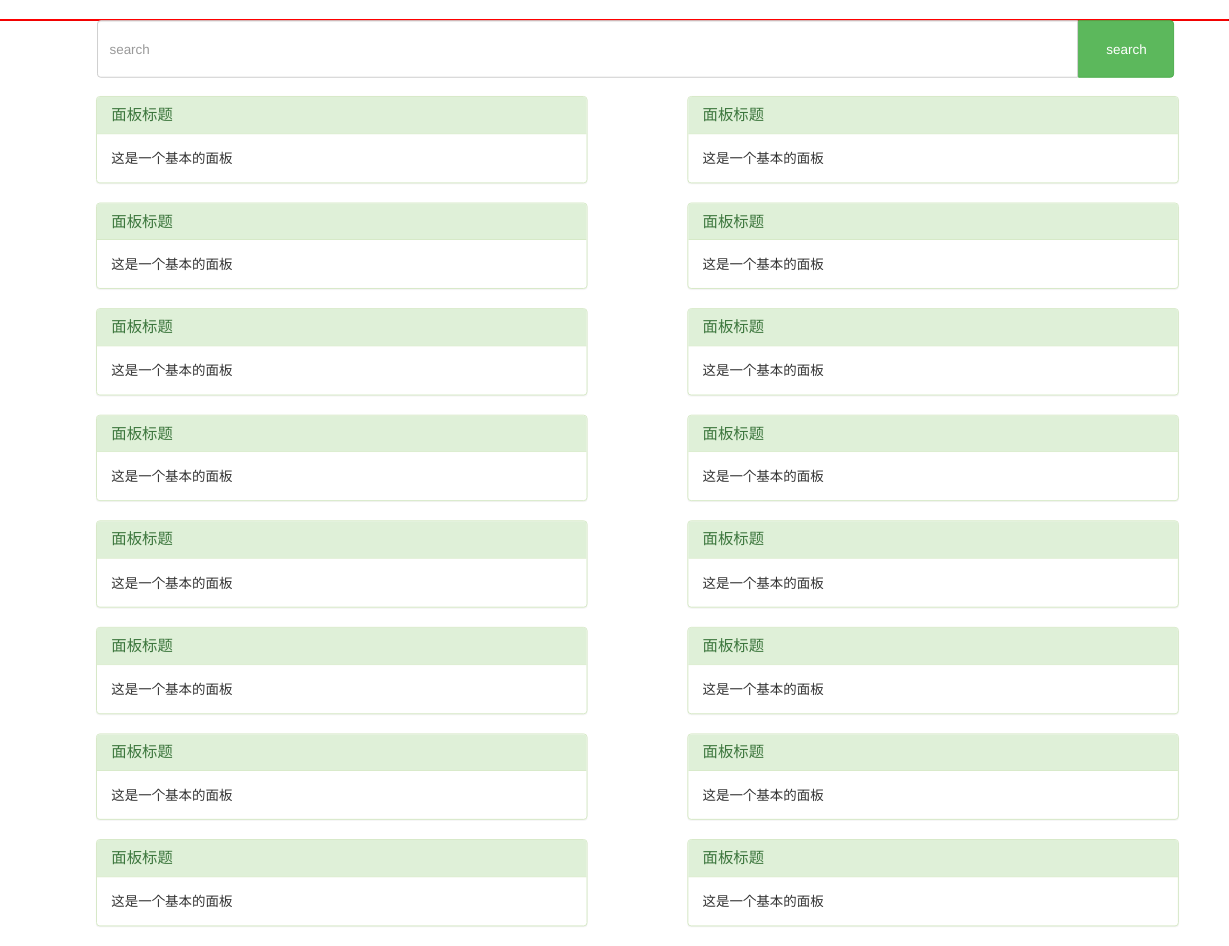
Repository: Tuzijing/Battlefield
Page: http://localhost/static/views/fram/fram.php
The author's editor kept a copy of each file at every save. The page is drawn from the files as they stood at one save, then again after the next save.
The browser window is 1280 px wide. The pictures show the whole page, at 96% of full size.
The page is run by PHP 8.4 with error messages shown; the project is at /var/www/html/.

Above is the page before, as saved 2018-07-13 17:53:29.

### BattlefieldWebP/static/views/fram/fram.php
<!DOCTYPE html>
<html>
	<head>
		<meta charset="UTF-8">
		<title>BATTLEFIELD</title>
 		<!--
        	作者：offline
        	时间：2018-07-10
        	描述：引入公共前端配置文件
        -->
		<?php
			include "../common/encoding.php";
			include "../common/main_header.php";
		?>

		<link rel="stylesheet" href="../../common/css/fram/fram.css"/>

		<script type="text/javascript" src="../../common/js/fram/fram.js"></script>
	</head>
	<body>
		<div id="fram_container">
			<!-- 搜索框 -->
			<div id="fram_search">
				<div id="mask">
					<div class="input-group">
						<input type="text" class="form-control" placeholder="search">
						<button type="button" class="btn btn-success">search</button>
					</div>
				</div>
			</div>
			<div id="fram_categorys">
				<div  class="panel panel-success">
					<div class="panel-heading">
						<h3 class="panel-title">面板标题</h3>
					</div>
					<div class="panel-body">
						这是一个基本的面板
					</div>
				</div>

				<div  class="panel panel-success">
					<div class="panel-heading">
						<h3 class="panel-title">面板标题</h3>
					</div>
					<div class="panel-body">
						这是一个基本的面板
					</div>
				</div>
					<div  class="panel panel-success">
					<div class="panel-heading">
						<h3 class="panel-title">面板标题</h3>
					</div>
					<div class="panel-body">
						这是一个基本的面板
					</div>
				</div>
					<div  class="panel panel-success">
					<div class="panel-heading">
						<h3 class="panel-title">面板标题</h3>
					</div>
					<div class="panel-body">
						这是一个基本的面板
					</div>
				</div>




					<div  class="panel panel-success">
					<div class="panel-heading">
						<h3 class="panel-title">面板标题</h3>
					</div>
					<div class="panel-body">
						这是一个基本的面板
					</div>
				</div>
					<div  class="panel panel-success">
					<div class="panel-heading">
						<h3 class="panel-title">面板标题</h3>
					</div>
					<div class="panel-body">
						这是一个基本的面板
					</div>
				</div>	<div  class="panel panel-success">
					<div class="panel-heading">
						<h3 class="panel-title">面板标题</h3>
					</div>
					<div class="panel-body">
						这是一个基本的面板
					</div>
				</div>
					<div  class="panel panel-success">
					<div class="panel-heading">
						<h3 class="panel-title">面板标题</h3>
					</div>
					<div class="panel-body">
						这是一个基本的面板
					</div>
				</div>	<div  class="panel panel-success">
					<div class="panel-heading">
						<h3 class="panel-title">面板标题</h3>
					</div>
					<div class="panel-body">
						这是一个基本的面板
					</div>
				</div>
					<div  class="panel panel-success">
					<div class="panel-heading">
						<h3 class="panel-title">面板标题</h3>
					</div>
					<div class="panel-body">
						这是一个基本的面板
					</div>
				</div>	<div  class="panel panel-success">
					<div class="panel-heading">
						<h3 class="panel-title">面板标题</h3>
					</div>
					<div class="panel-body">
						这是一个基本的面板
					</div>
				</div>
					<div  class="panel panel-success">
					<div class="panel-heading">
						<h3 class="panel-title">面板标题</h3>
					</div>
					<div class="panel-body">
						这是一个基本的面板
					</div>
				</div>	<div  class="panel panel-success">
					<div class="panel-heading">
						<h3 class="panel-title">面板标题</h3>
					</div>
					<div class="panel-body">
						这是一个基本的面板
					</div>
				</div>
					<div  class="panel panel-success">
					<div class="panel-heading">
						<h3 class="panel-title">面板标题</h3>
					</div>
					<div class="panel-body">
						这是一个基本的面板
					</div>
				</div>	<div  class="panel panel-success">
					<div class="panel-heading">
						<h3 class="panel-title">面板标题</h3>
					</div>
					<div class="panel-body">
						这是一个基本的面板
					</div>
				</div>
					<div  class="panel panel-success">
					<div class="panel-heading">
						<h3 class="panel-title">面板标题</h3>
					</div>
					<div class="panel-body">
						这是一个基本的面板
					</div>
				</div>






			</div>
		</div>
	</body>
</html>

### BattlefieldWebP/static/views/common/encoding.php
<?php
	header("Content-type:text/html;charset=utf-8");
?>

### BattlefieldWebP/static/views/common/main_header.php
<html>
	<script type="text/javascript" src="../../common/js/jquery-3.1.1.min.js" ></script>
	<script type="text/javascript" src="../../common/js/bootstrap.js" ></script>
	<link rel="stylesheet" href="../../common/css/bootstrap.css"/>
	<script type="text/javascript" src="../../common/js/tools.js"></script>
	<?
		include "encoding.php";
	?>
</html>

### BattlefieldWebP/static/common/js/tools.js

/**
 * 获取浏览器的宽和高
 */
function getBrowserWidthAndHeight(){
	var arr = {width:0,height:0};
	try{
		var width = window.innerWidth;
		var height = window.innerHeight;
		arr["width"] = width;
		arr["height"] = height;
	}catch(err){
		console.log("get browser width and height err",err);
	}
	return arr;
}


/**
 * 根据id居中设置
 * lableById:需要居中的标签
 * width:宽度
 * height:高度
 * offsetWidth：宽度偏移量
 * offsetHeigt：高度偏移量
 */
function center(lableById,width,height,offsetWidth,offsetHeigt){
	try{
		var helf_width = width/2-offsetWidth; //总宽度除以2减上宽度偏移量
		var helf_height = height/2-offsetHeigt; //总高度除以2减上高度偏移量
		document.getElementById(lableById).style.marginLeft = helf_width+"px";
		document.getElementById(lableById).style.marginTop = +helf_height+"px";
	}catch(err){
		console.log("set lableNameById:"+(lableNameById === undefined?"undefined":lableNameById)+" centering failure ",err);
	}
}

### BattlefieldWebP/static/common/css/fram/fram.css
@CHARSET "UTF-8";

body{

	padding-top: 0px;
}

/*fram 容器*/
#fram_container{
	margin-top:0px;
	width: 100%;
	height: 100%;
}

/*搜索框*/
#fram_search{
	margin-top:0px;
	width: 100%;
	height: 70px;
}
#mask{
	margin-top:0px;
	width: 100%;
	height: 0px;
	position: fixed;
	z-index:-1;
	border:1px solid red;
	background-color: #101a1d;
}

.input-group{
	margin-left:100px;
	width:80%;
	height: 60px;
}

.input-group input{
	border-top-right-radius:0px;
	border-bottom-right-radius:0xp;
	height: 60px;
}
.input-group button {
	position: absolute;/*采用绝对定位 取消换行*/
	border-top-left-radius:0px;
	border-bottom-left-radius:0px;
	height: 60px;
	width: 100px;
}


#fram_categorys {
	margin-top: 10px;
}
#fram_categorys .panel{
	display:inline-block;
	margin-left:100px;
	width: 40%;
}

### BattlefieldWebP/static/common/js/fram/fram.js
/**
 * fram 运行脚本
 */

Loaded but not shown: BattlefieldWebP/static/common/js/jquery-3.1.1.min.js (library); BattlefieldWebP/static/common/js/bootstrap.js (library); BattlefieldWebP/static/common/css/bootstrap.css (library)

After the next save:
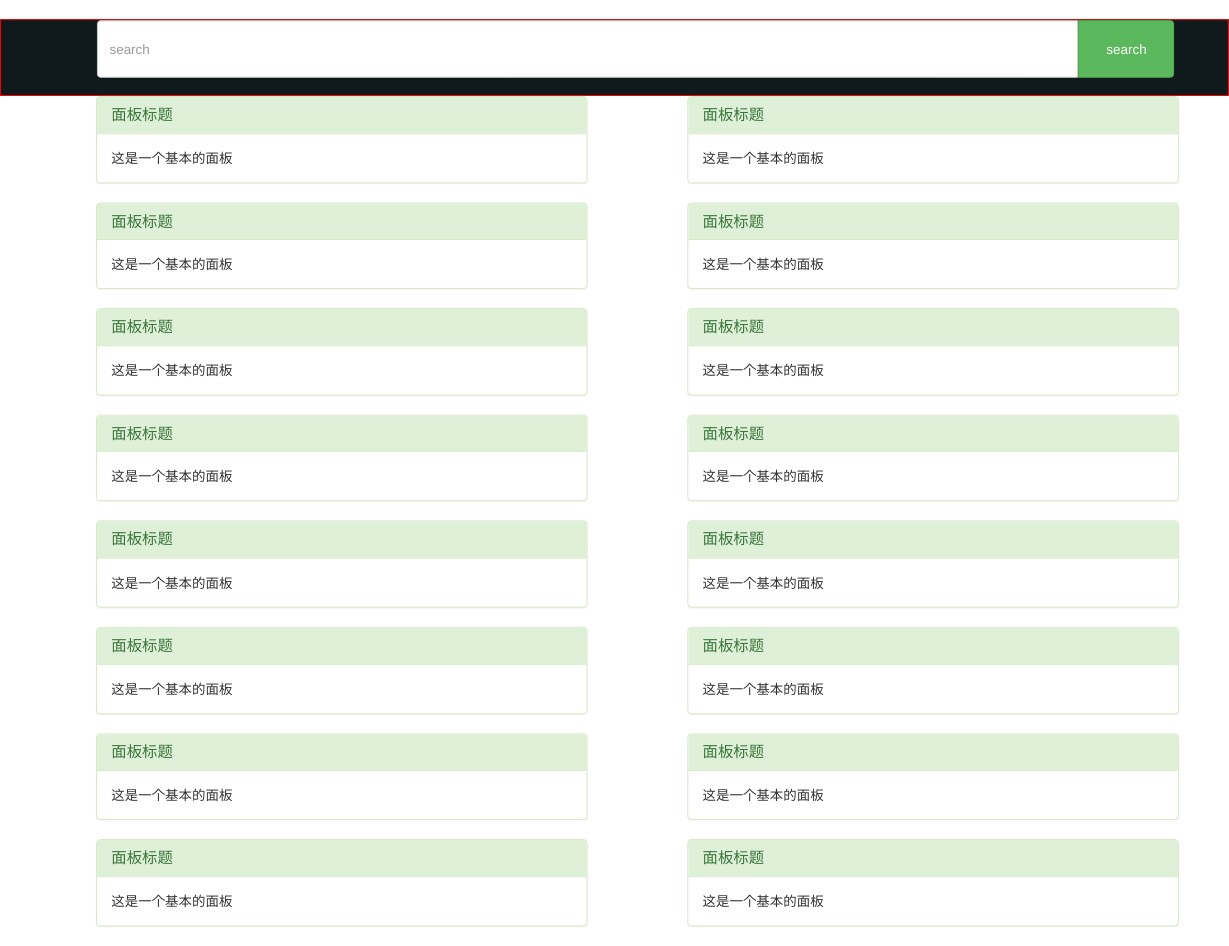
Saved 51 s later.
--- a/BattlefieldWebP/static/common/css/fram/fram.css
+++ b/BattlefieldWebP/static/common/css/fram/fram.css
@@ -21,7 +21,7 @@
 #mask{
 	margin-top:0px;
 	width: 100%;
-	height: 0px;
+	height: 80px;
 	position: fixed;
 	z-index:-1;
 	border:1px solid red;
